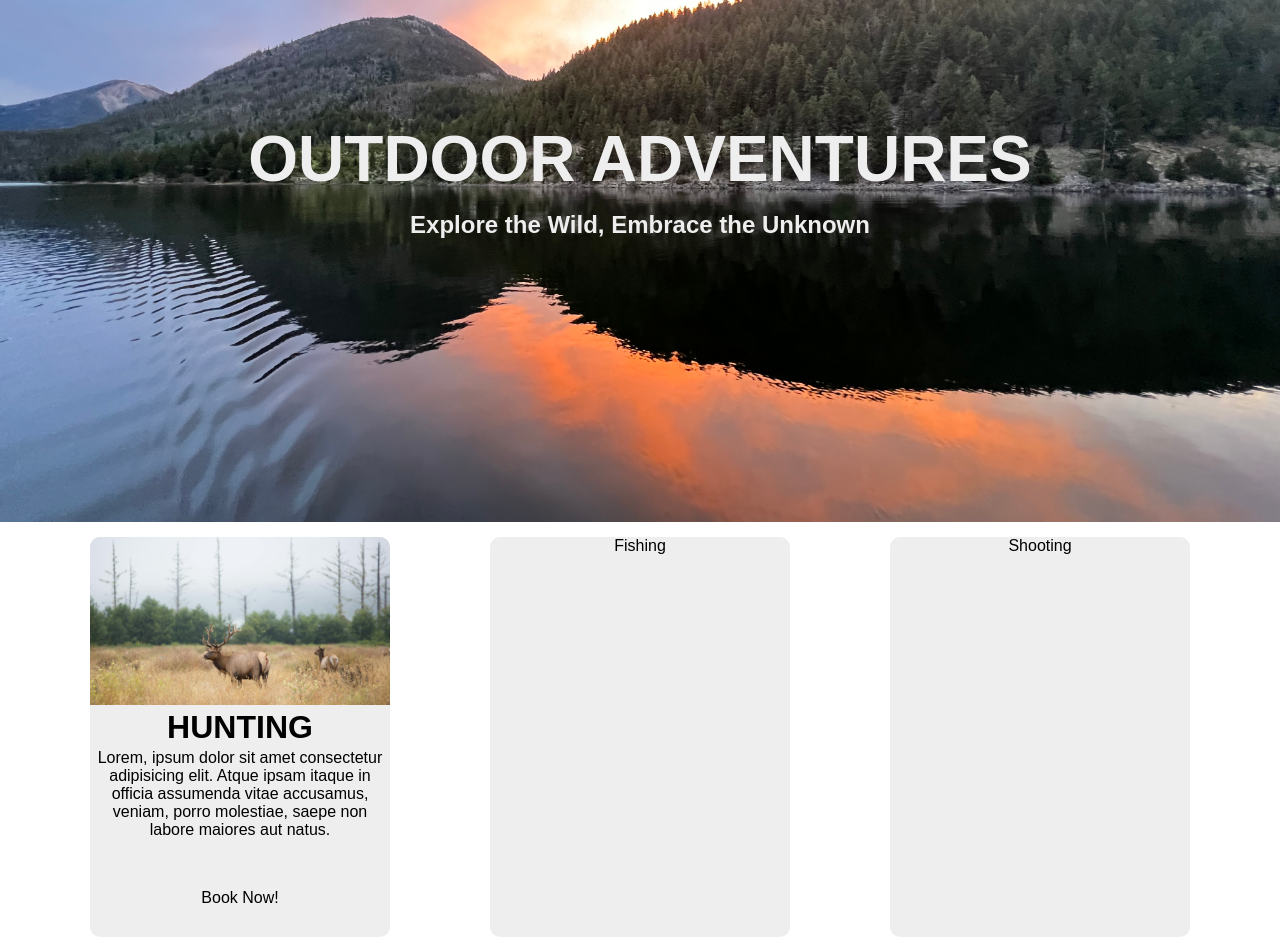
Repository: iforgotmylogin/WebDesignFinal
Page: index.html
These files come from the project's save history. The page is drawn as it stood at one moment and after the next save; the edit follows.
The browser window is 1280 px wide. The pictures show the part of the page from y = 290 to 1242 px (the page is 1242 px tall).
A picture or video elsewhere on the page could not be fetched, so the positions and the page height are approximate.

Above is the page before, as saved 2024-04-07 18:30:47.

After the next save:
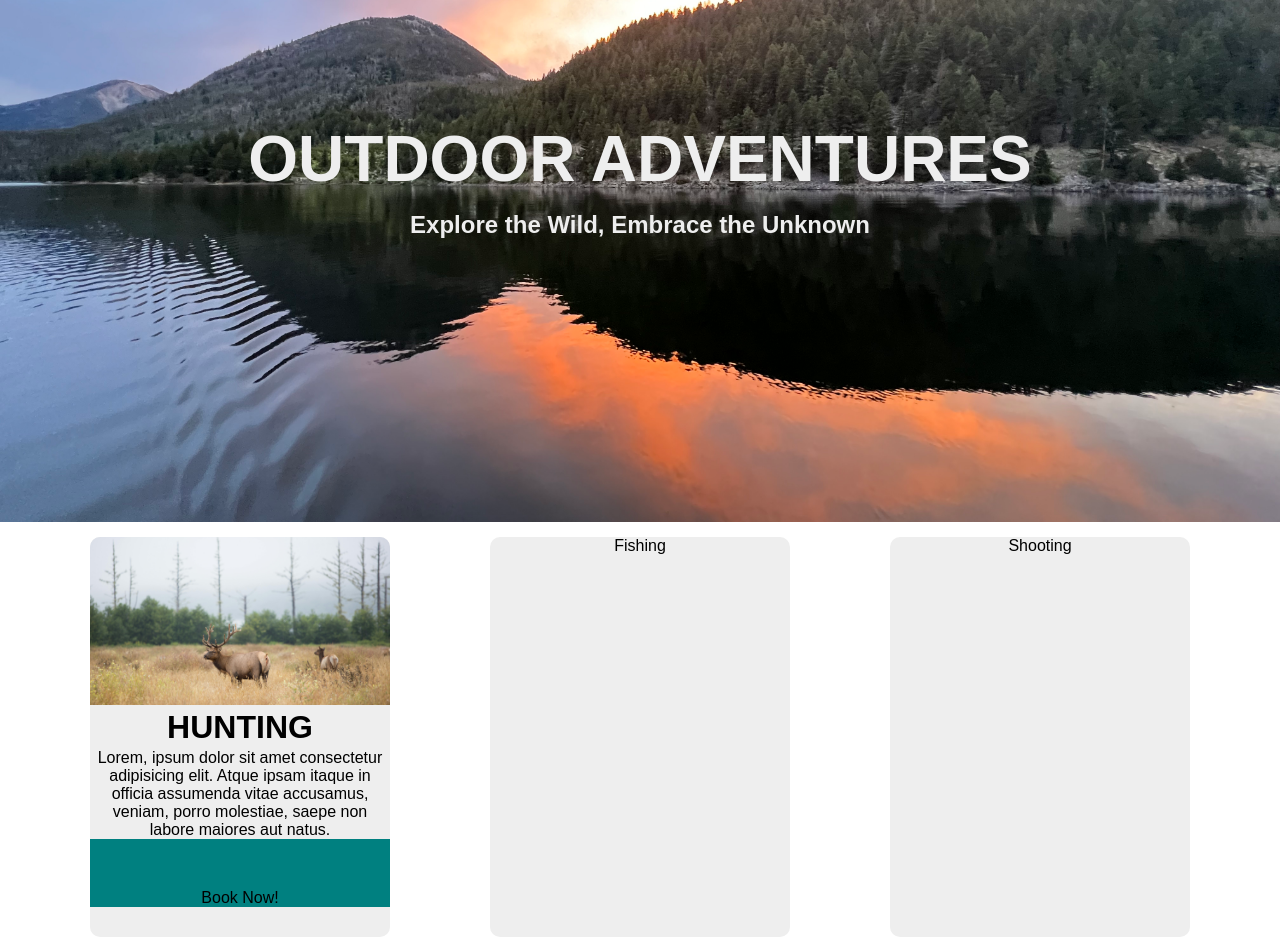
Saved 22 s later.
--- a/css/homepage.css
+++ b/css/homepage.css
@@ -36,4 +36,5 @@
 }
 .home-booking-button{
     padding-top: 50px;
+    background-color: teal;
 }
